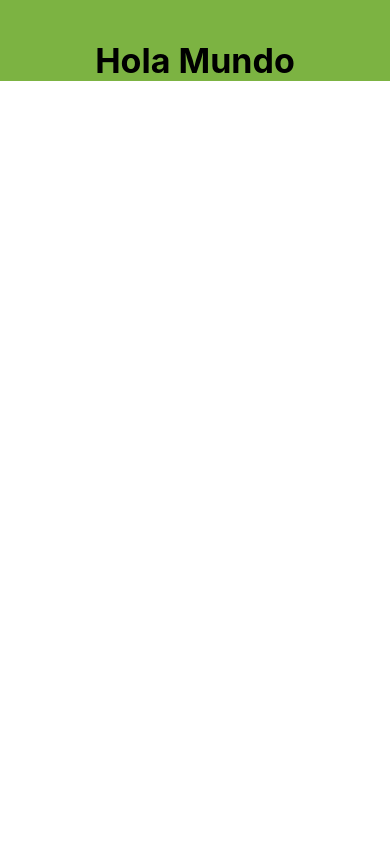
Repository: AleMicky/citas
Screen: /
An editor plug-in stored every save of this project. The screen is shown before and after the next save, followed by the edit.
The app was drawn by React Native's web renderer in a window 390 px wide. The project was rebuilt for these pictures with package versions that can differ from the ones it lists, and the page was loaded fresh each time.

Above is the screen before, as saved 2020-06-26 23:46:37.

### App.js
import React from 'react'
import { View, Text, StyleSheet } from 'react-native'

export default function App() {
  return (
    <View style={styles.contenedor}>
        <Text style={styles.titulo}>Hola Mundo</Text>
    </View>
  )
}

const styles = StyleSheet.create({
  contenedor:{
    backgroundColor:'#7cb342'
  },
  titulo:{
    marginTop:40,
    fontSize: 34,
    fontWeight:'bold',
    textAlign:'center'
  }
})

After the next save:
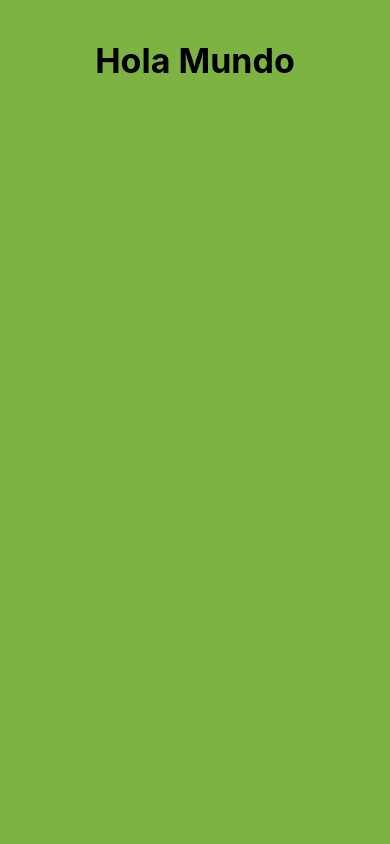
Saved 16 s later.
--- a/App.js
+++ b/App.js
@@ -11,6 +11,7 @@ export default function App() {
 
 const styles = StyleSheet.create({
   contenedor:{
+    flex:1,
     backgroundColor:'#7cb342'
   },
   titulo:{
